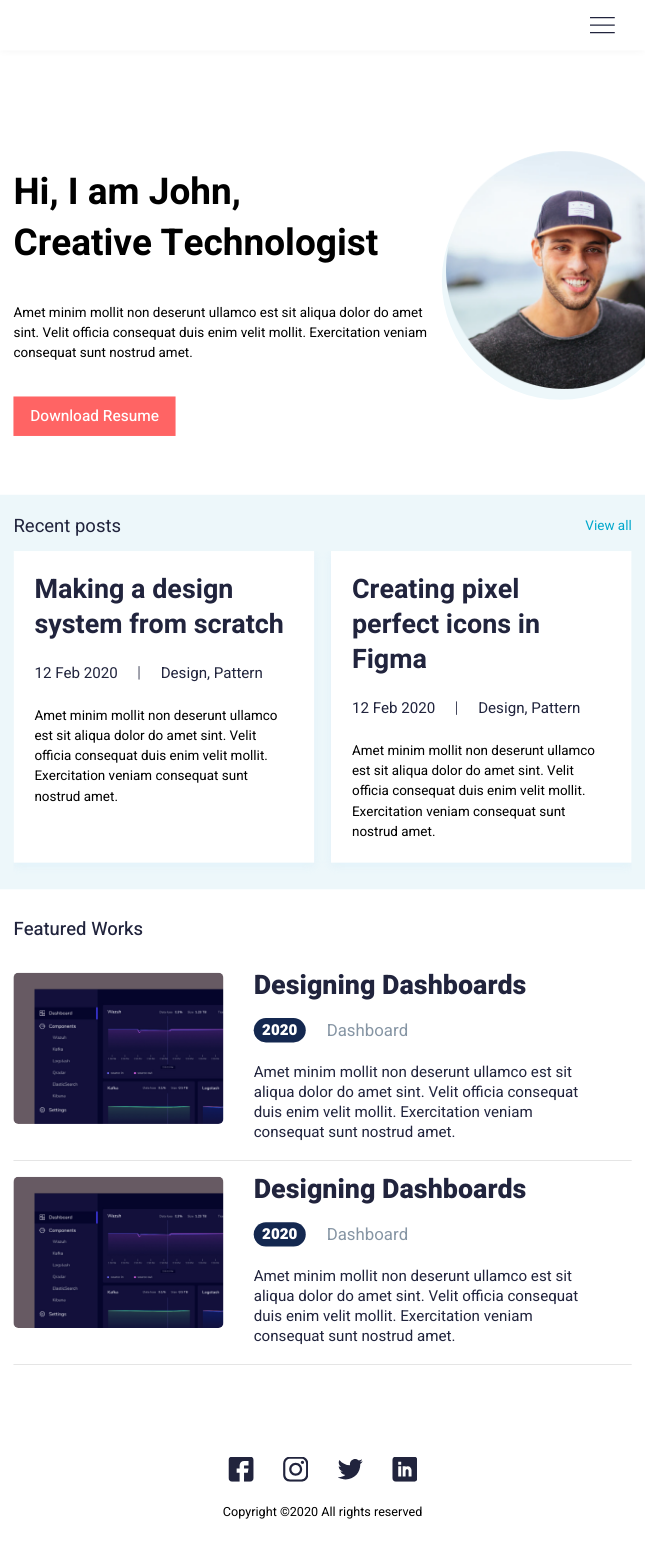
Repository: sharma171/portfolio
Page: /
An editor plug-in stored every save of this project. The page is shown before and after the next save, followed by the edit.
The browser window is 768 px wide. The pictures show the whole page, at 84% of full size.
The project was rebuilt for these pictures with package versions that can differ from the ones it lists, and the page was loaded fresh each time. The framework's server and built-in components were replaced by stand-ins that run in the browser. Also part of the build but not shown: next.config.mjs.

Above is the page before, as saved 2024-06-02 23:56:52.

### src/app/layout.js

import "./globals.css";


export const metadata = {
  title: "Portfolio Website",
  description: "Blogging and projects site",
};

export default function RootLayout({ children }) {
  return (
    <html lang="en">
      <body>{children}</body>
    </html>
  );
}

### src/app/page.js
import "./page.css";
import Header from "../components/Header";
import Hero from "../components/Hero";
import HomeBlog from "../components/HomeBlog";
import Featured from "../components/Featuredworks";
import Footer from "../components/Footer"

export default function Home() {
  return (
    <main className="main">
      <Header />
      <Hero />
      <HomeBlog />
      <section className="featured-home">
        <div className="container">
          <div className="top-heading">
            <h3 className="head">
              Featured Works
            </h3>
          </div>
            <Featured/>
        </div>
      </section>
      <Footer />
    </main>
  );
}

### src/app/globals.css
@import url('https://fonts.googleapis.com/css2?family=Heebo:wght@100..900&display=swap');

:root {
  --max-width: 1180px;
  --border-radius: 12px;
  --font-mono: ui-monospace, Menlo, Monaco, "Cascadia Mono", "Segoe UI Mono",
    "Roboto Mono", "Oxygen Mono", "Ubuntu Monospace", "Source Code Pro",
    "Fira Mono", "Droid Sans Mono", "Courier New", monospace;
  --main-font: "Heebo", sans-serif;
  --weight--300: 300;
  --weight--400: 400;
  --weight--500: 500;
  --weight--600: 600;
  --weight--700: 700;
  --weight--800: 800;
  --weight--900: 900;
  --hero-button: #FF6464;
  --text-color: #21243D;
}

* {
  box-sizing: border-box;
  padding: 0;
  margin: 0;
}

html,
body {
  max-width: 100vw;
  overflow-x: hidden;
  font-family: var(--main-font);
}

a {
  color: inherit;
  text-decoration: none;
}
.container {
  max-width: var(--max-width);
  margin: 0 auto;
  padding: 0 1rem;
}
header {
  background: #fff;
  position: relative;
  box-shadow: #f2f2f2 0px 0px 10px 0;
  z-index: 10;
}
header .header-logo {
  width: 1rem;
  height: auto;
}
.nav {
  display: flex;
  flex-direction: row;
  justify-content:space-between;
  max-width: 1280px;
  margin: 0 auto;
  padding: 0 1rem;
}
.navMenu {
  display: flex;
  flex-direction: row;
  align-items: center;
}
.navMenu .navLink {
  font-size: 1.25rem;
  font-weight: var(--weight--600);
  color: var(--primary-color);
  margin: 30px;
}
/* ------------------------ Footer ---------------------------------------- */
footer {
  background: #fff;
  padding: 50px 0;
}

footer .footer-inner {
  display: flex;
  flex-direction: column;
  justify-content: center;
  align-items: center;
  gap: 18px;
}
footer .social-row {
  display: flex;
  flex-direction: row;
  justify-content: space-between;
  align-items: center;
  gap: 35px;
}
footer .social-row .social .social-img {
  width: 30px;
  image: 30px;
}
footer .footer-inner .copyright {
  font-size: 15px;
}
.mob-menu {
  display: none;
}
@media (max-width: 991px) {
  .navMenu {
    display: none;
  }
  .mob-menu {
    display: flex;
  }
  .mob-menu .hambmenu {
    margin: 20px;
  }
  .mob-menu .mob-list.active {
    position: absolute;
    top: 100%;
    right: 0rem;
    display: flex;
    flex-direction: column;
    padding: 6px 8px;
    box-shadow: -4px 0px 8px 0px #f1f1f196;
    transform: scale3d(1, 1, 1);
    gap: 8px;
    background: #f5f5f5;
  }
  .mob-menu .mob-list {
    position: absolute;
    top: 100%;
    cursor: pointer;
    right: -10rem;
    transform: scale3d(0, 1, 1);
    display: flex;
    flex-direction: column;
    padding: 6px 8px;
    box-shadow: -4px 0px 8px 0px #f1f1f196;
    gap: 8px;
    background: #f5f5f5;
    transition: all 0.6s;
  }
  .mob-menu .mob-list .moblink {
    padding: 4px 14px;
    background: #fff;
  }
  .nav {
    max-width: 900px;
  }
  .hero .hero-lhs .hero-cta {
    margin-top: 70px;
    margin-bottom: 70px;
}
}

### src/app/page.css
.main {
  display: flex;
  flex-direction: column;
  min-height: 100vh;
}
/* ----------------- hero section ----------------- */
.hero .hero-row {
  display: flex;
  flex-direction: row;
}
.hero .hero-lhs {
  width: 70%;
}
.hero .hero-lhs .hero-cta {
  display: flex;
  flex-direction: column;
  gap: 40px;
  margin-top: 140px;
  margin-bottom: 70px;
}
.hero .hero-lhs .hero-cta .main-head {
  font-size: 44px;
  line-height: 3.75rem;
  font-weight: 700;
}
.hero .hero-lhs .hero-cta .sub-head {
  font-size: 16px;
  line-height: 1.5rem;
  font-weight: 400;
  max-width: 500px;
}
.hero .hero-lhs .hero-cta .cta-button {
  padding: 14px 20px;
  font-size: 1.15rem;
  line-height: 19px;
  font-weight: 500;
  font-family: "Heebo", sans-serif;
  margin-right: auto;
  background: var(--hero-button);
  color: #fff;
  border: none;
}
.hero .hero-rhs {
  width: 30%;
  display: flex;
  justify-content: flex-start;
  align-items: center;
}
.hero .hero-rhs .hero-img {
  position: relative;
}
.hero .hero-rhs .hero-img .image {
  width: 283px;
  height: 283px;
  z-index: 1;

}
.hero .hero-rhs .hero-img::after {
  content: "";
  position: absolute;
  top: 13px;
  left: -5px;
  width: 283px;
  height: 283px;
  background: #EDF7FA;
  z-index: -1;
  border-radius: 300px;
}

/* -------------------------  Home Blog Section --------------------------------------- */

.home-blog {
  background: #EDF7FA;
}
.home-blog .blog-head {
  display: flex;
  flex-direction: row;
  justify-content: space-between;
  align-items: center;
  margin-top: 7px;
}
.home-blog .blog-head .heading {
  font-size: 22px;
  line-height: 60px;
  font-weight: 400;
  color: var(--text-color);
}
.home-blog .blog-head .more-link {
  font-size: 16px;
  font-weight: 400;
  color: #00A8CC;
}

/* ----------------------- Blog Carousel ----------------------------------------- */
.blog-carousel .blog-image {
  display: none;
}
.blog-carousel {
  display: flex;
  flex-direction:row;
  overflow: hidden;
  max-width: 100%;
  padding-bottom: 32px;
}
.blog-carousel .blog-item {
  background-color: #fff;
  box-shadow: #bbe1fa3d 0 4px 10px 0;
  padding: 25px;
  display: flex;
  flex-direction: column;
  gap: 25px;
}
.blog-carousel .blog-item:nth-child(odd){
  margin-right: 10px;
}
.blog-carousel .blog-item:nth-child(even) {
  margin-left: 10px;
}
.blog-carousel .blog-item .blog-item-head {
  /* margin-bottom: 17px; */
}
.blog-carousel .blog-item .blog-item-head .head {
  font-size: 32px;
  line-height: 1.3em;
  font-weight: 700;
  color: var(--text-color);
}
.blog-carousel .blog-info {
  display: flex;
  flex-direction: row;
  gap: 25px;
  /* margin-bottom: 11px; */
}
.blog-carousel .blog-info .divline {
  width: 1px;
  height: 15.799999999999958px;
  margin-top: 4px;
  background: var(--text-color);
}
.blog-carousel .blog-info .date {
  font-size: 18px;
  line-height: 26px;
  color: var(--text-color);
  font-weight: 400;
}
.blog-carousel .blog-info .author {
  font-size: 18px;
  line-height: 26px;
  color: var(--text-color);
  font-weight: 400;
}
.blog-carousel .blog-info .blog-para .para{
  font-size: 16px;
  line-height: 24px;
  color: var(--text-color);
  font-weight: 400;
}

/* ---------------------------- Featured Works -------------------------------------------------------------------- */

.featured-home {
  background: #fff;
}
.featured-home .top-heading {
  display: flex;
  flex-direction: row;
  justify-content: space-between;
  align-items: center;
  margin-top: 17px;
  margin-bottom: 22px;
}
.featured-home .top-heading .head {
  font-size: 22px;
  color: var(--text-color);
  line-height: 60px;
  font-weight: 500;
}
.workcards {
  display: flex;
  flex-direction: column;
  gap: 40px;
  padding-bottom: 80px;
}
.workcards .card-item {
  display: flex;
  flex-direction: row;
  position: relative;
}
.workcards .card-item::after{
  content: "";
  position: absolute;
  top: calc(100% + 20px);
  left: 0;
  width: 100%;
  height: 1px;
  background: #E0E0E0;
}
.workcards .card-item .card-thumb {
  width: 250px;
  height: 180px;
  margin-right: 18px;
}
.workcards .card-item .card-thumb .thumb-img {
  width: 250px;
  height: 180px;
  object-fit: cover;
  border-radius:6px;
}
.workcards .card-item .card-info {
  display: flex;
  flex-direction: column;
  margin-left: 18px;
  gap: 24px;
}
.workcards .card-item .card-info .heading {
  font-size: 32px;
  font-weight: 800;
  line-height: 30px;
  color: var(--text-color);
}
.workcards .card-item .card-info .info-row {
  display: flex;
  flex-direction: row;
  gap: 25px;
}
.workcards .card-item .card-info .info-row .date {
  font-size: 18px;
  line-height: 17px;
  font-weight: 900;
  padding: 6px 10px 5px 10px;
  border-radius: 16px;
  color: #fff;
  background: #142850;
}
.workcards .card-item .card-info .info-row .topic {
  font-size: 20px;
  color: #8695A4;
}
.workcards .card-item .card-info .info-para {
  font-size: 18px;
  line-height: 24px;
  color: #21243D;
  font-weight: 400;
  width: 90%;
}
/* ------------------------------ Category Pages -------------- */
.work-category .container {
  max-width: 900px;
}
.blog-category .container {
  max-width: 900px;
}
.cat-head {
  padding-top: 80px;
  padding-bottom: 25px;
}
.cat-head h3 {
  font-size: 44px;
  line-height: 60px;
  font-weight: 700;
}
.blog-cards {
  display: flex;
  flex-direction: column;
  gap: 60px;
  padding-bottom: 80px;
}
.blog-cards .card-item {
  display: flex;
  flex-direction: column;
  gap: 10px;
  position: relative;
}
.blog-cards .card-item::after {
  content: "";
  position: absolute;
  top: calc(100% + 30px);
  left: 0;
  width: 100%;
  height: 1px;
  background: #E0E0E0;
}
.blog-cards .card-item .info-row .width-div {
  width: 1px;
  height: 15.799999999999958px;
  margin-top: 4px;
  background: var(--text-color);
}
.blog-cards .card-item .heading {
  font-size: 30px;
  font-weight: 600;
  line-height: 44px;
  color: var(--text-color);
}
.blog-cards .card-item .info-row {
  display: flex;
  flex-direction: row;
  gap: 20px;
}
.blog-cards .card-item .info-row .date {
  font-size: 20px;
  line-height: 29px;
  color: var(--text-color);
  font-weight: 400;
}
.blog-cards .card-item .info-row .topic {
  font-size: 20px;
  line-height: 29px;
  color: #8695A4;
  font-weight: 400;
}
.blog-cards .card-item .info-para {
  font-size: 16px;
  line-height: 24px;
  color: var(--text-color);
}
/* --------------------------- Detailed Page ------------------------------------------------------------- */
.detailed .container {
  max-width: 1000px;
}
.detailed .detailed-inner {
  display: flex;
  flex-direction: column;
  gap: 30px;
  padding-top: 50px;
  padding-bottom: 30px;
}
.detailed .detailed-inner h1.main-heading {
  font-size: 34px;
  line-height: 50px;
  font-weight: 800;
  color: var(--text-color);
}
.detailed .detailed-inner .det-row {
  display: flex;
  flex-direction: row;
  gap: 20px;
}
.detailed .detailed-inner .det-row .date {
  font-size: 18px;
  font-weight: 800;
  padding: 7px 12px 4px 12px;
  color: #fff;
  line-height: 17px;
  background: #FF7C7C;
  border-radius: 50px;
}
.detailed .detailed-inner .det-row .topic {
  font-size: 20px;
  line-height: 29px;
  font-weight: 400;
  color: var(--text-color);
}
.detailed .detailed-inner h2.subheading {
  font-size: 16px;
  line-height: 24px;
  color: #000;
  font-weight: 400;
}
.detailed .detailed-inner .full-w-thumb {
  width: 100%;
  height:auto;
  aspect-ratio: 680/460;
  object-fit: cover;
}
.detailed .detailed-inner h1 {
  font-size:30px;
  line-height: 45px;
  color: var(--text-color);
  font-weight: 700;
}
.detailed .detailed-inner h2 {
  font-size: 24;
  line-height: 30px;
  color: var(--text-color);
  font-weight: 600;
}

### src/components/Header.jsx
"use client"
import React, {useState} from "react";
import "../app/globals.css";
import Hambmenu from "../../public/hamb-menu.svg"
import Image from "next/image";

const navLink = [
    {
        name: "Work",
        link: "/"
    },
    {
        name: "Blog",
        link: "/blog"
    },
    {
        name: "Contact",
        link: "/contact"
    },
]

const Header = () => {
    const [active, setActive] = useState(false);
    function clickHandle() {
        setActive(!active);
        console.log(active )
    }
    return(
        <header>
            <nav className="nav">
                <a href="/">

                </a>
                <div className="navMenu">
                    {navLink.map((item, index) => (
                        <a href={item.link} className="navLink" key={index}>{item.name}</a>
                    ))}
                </div>
                <div className="mob-menu">
                    <Image src={Hambmenu} alt="hambmenu" className="hambmenu" onClick={clickHandle} />
                    <div className={`mob-list ${active ? "active" : ""}`}>
                        {navLink.map((item, index) => (
                            <a href={item.link} className="moblink" key={index}>{item.name}</a>
                        ))}
                    </div>
                </div>
            </nav>
        </header>
    )
}

export default Header;

### src/components/hero.jsx
import React from "react";
import Image from 'next/image';
import HeroImg from "../../public/hero-img.png"

const Hero = () => {
    return (
        <>
        <section className="hero">
            <div className="container">
                <div className="hero-row">
                    <div className="hero-lhs">
                        <div className="hero-cta">
                            <h1 className="main-head">
                            Hi, I am John,<br></br>Creative Technologist
                            </h1>
                            <p className="sub-head">
                            Amet minim mollit non deserunt ullamco est sit aliqua dolor do amet sint. Velit officia consequat duis enim velit mollit. Exercitation veniam consequat sunt nostrud amet.
                            </p>
                            <button className="cta-button">Download Resume</button>
                        </div>
                    </div>
                    <div className="hero-rhs">
                        <div className="hero-img">
                            <Image
                                src={HeroImg} // Path to your image
                                alt="hero"
                                width={243}
                                height={243}
                                className="image"
                            />
                        </div>
                    </div>
                </div>
            </div>
        </section>
        </>
    )
}
export default Hero

### src/components/HomeBlog.jsx
import React from "react";

const carItem = [
  {
    title: "Making a design system from scratch",
    date: "12 Feb 2020",
    author: "Design, Pattern",
    shortDescription: "Amet minim mollit non deserunt ullamco est sit aliqua dolor do amet sint. Velit officia consequat duis enim velit mollit. Exercitation veniam consequat sunt nostrud amet.",
    thumbnailImage: "", // Consider adding a valid image URL here
  },
  {
    title: "Creating pixel perfect icons in Figma",
    date: "12 Feb 2020",
    author: "Design, Pattern",
    shortDescription: "Amet minim mollit non deserunt ullamco est sit aliqua dolor do amet sint. Velit officia consequat duis enim velit mollit. Exercitation veniam consequat sunt nostrud amet.",
    thumbnailImage: "", // Consider adding a valid image URL here
  },
];

const HomeBlog = () => {
  return (
    <section className="home-blog">
      <div className="container">
        <div className="blog-head">
          <h3 className="heading">Recent posts</h3>
          <a href="" className="more-link">View all</a>
        </div>
        <div className="blog-carousel">
          {carItem.map((item, index) => (
            <div key={index} className={`blog-item ${index}`}>
              <div className="blog-item-head">
                <h3 className="head">{item.title}</h3>
              </div>
              <div className="blog-info">
                <span className="date">{item.date}</span>
                <div className="divline"></div>
                <span className="author">{item.author}</span>
              </div>
              <div className="blog-para">
                <p className="para">{item.shortDescription}</p>
              </div>
              {item.thumbnailImage && (
                <div className="blog-image">
                  <img src={item.thumbnailImage} alt={item.title} />
                </div>
              )}
            </div>
          ))}
        </div>
      </div>
    </section>
  );
};

export default HomeBlog;

### src/components/Featuredworks.jsx
import React from "react";
import Image from "next/image"

import ThumbImg from "../../public/work/work1.jpg"

const FeaturedWorks = () => {
    return(
        <>
        <div className="workcards">
            <div className="card-item">
                <div className="card-thumb">
                    <Image src={ThumbImg} alt="thumbnail" className="thumb-img" />
                </div>
                <div className="card-info">
                    <h3 className="heading">Designing Dashboards</h3>
                    <div className="info-row">
                        <span className="date">2020</span>
                        <span className="topic">Dashboard</span>
                    </div>
                    <p className="info-para">
                        Amet minim mollit non deserunt ullamco est sit aliqua dolor do amet sint. Velit officia consequat duis enim velit mollit. Exercitation veniam consequat sunt nostrud amet.
                    </p>
                </div>
            </div>
            <div className="card-item">
                <div className="card-thumb">
                    <Image src={ThumbImg} alt="thumbnail" className="thumb-img" />
                </div>
                <div className="card-info">
                    <h3 className="heading">Designing Dashboards</h3>
                    <div className="info-row">
                        <span className="date">2020</span>
                        <span className="topic">Dashboard</span>
                    </div>
                    <p className="info-para">
                        Amet minim mollit non deserunt ullamco est sit aliqua dolor do amet sint. Velit officia consequat duis enim velit mollit. Exercitation veniam consequat sunt nostrud amet.
                    </p>
                </div>
            </div>
        </div>
        </>
    )
}
export default FeaturedWorks;

### src/components/Footer.jsx
import React from "react";

import Image from "next/image"

import FacebookIcon from "../../public/social/facebook.svg"
import InstagramIcon from "../../public/social/instagram.svg"
import TwitterIcon from "../../public/social/twitter.svg"
import LinkedinIcon from "../../public/social/Linkedin.svg"

const Footer = () => {
    return(
        <>
        <footer>
            <div className="container">
                <div className="footer-inner">
                    <div className="social-row">
                        <a href="" className="social">
                            <Image src={FacebookIcon} alt="icon" className="social-img" />
                        </a>
                        <a href="" className="social">
                            <Image src={InstagramIcon} alt="icon" className="social-img" />
                        </a>
                        <a href="" className="social">
                            <Image src={TwitterIcon} alt="icon" className="social-img" />
                        </a>
                        <a href="" className="social">
                            <Image src={LinkedinIcon} alt="icon" className="social-img" />
                        </a>
                    </div>
                    <span className="copyright">
                        Copyright ©2020 All rights reserved
                    </span>
                </div>
            </div>
        </footer>
        </>
    )
};
export default Footer;

After the next save:
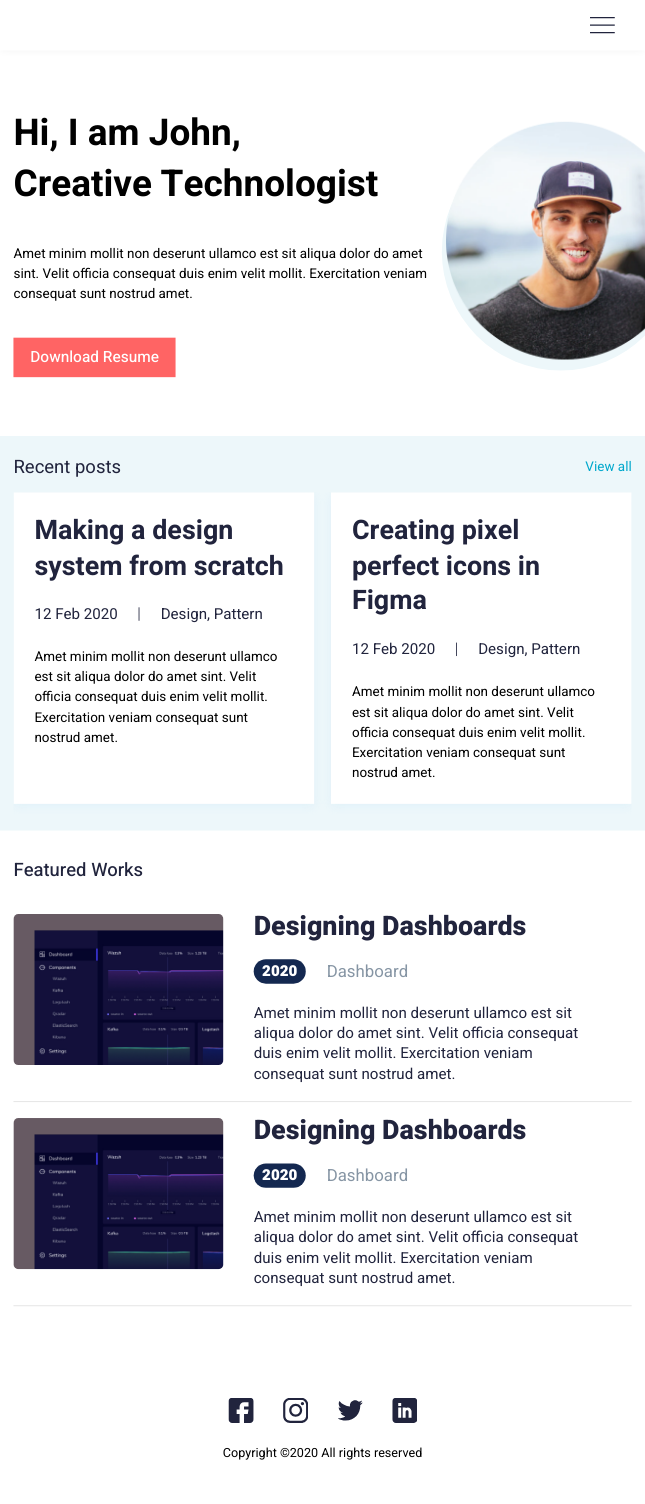
Saved 15 s later.
--- a/src/app/globals.css
+++ b/src/app/globals.css
@@ -143,7 +143,7 @@ footer .footer-inner .copyright {
     max-width: 900px;
   }
   .hero .hero-lhs .hero-cta {
-    margin-top: 70px;
+    margin-top: 70px !important;
     margin-bottom: 70px;
 }
 }
